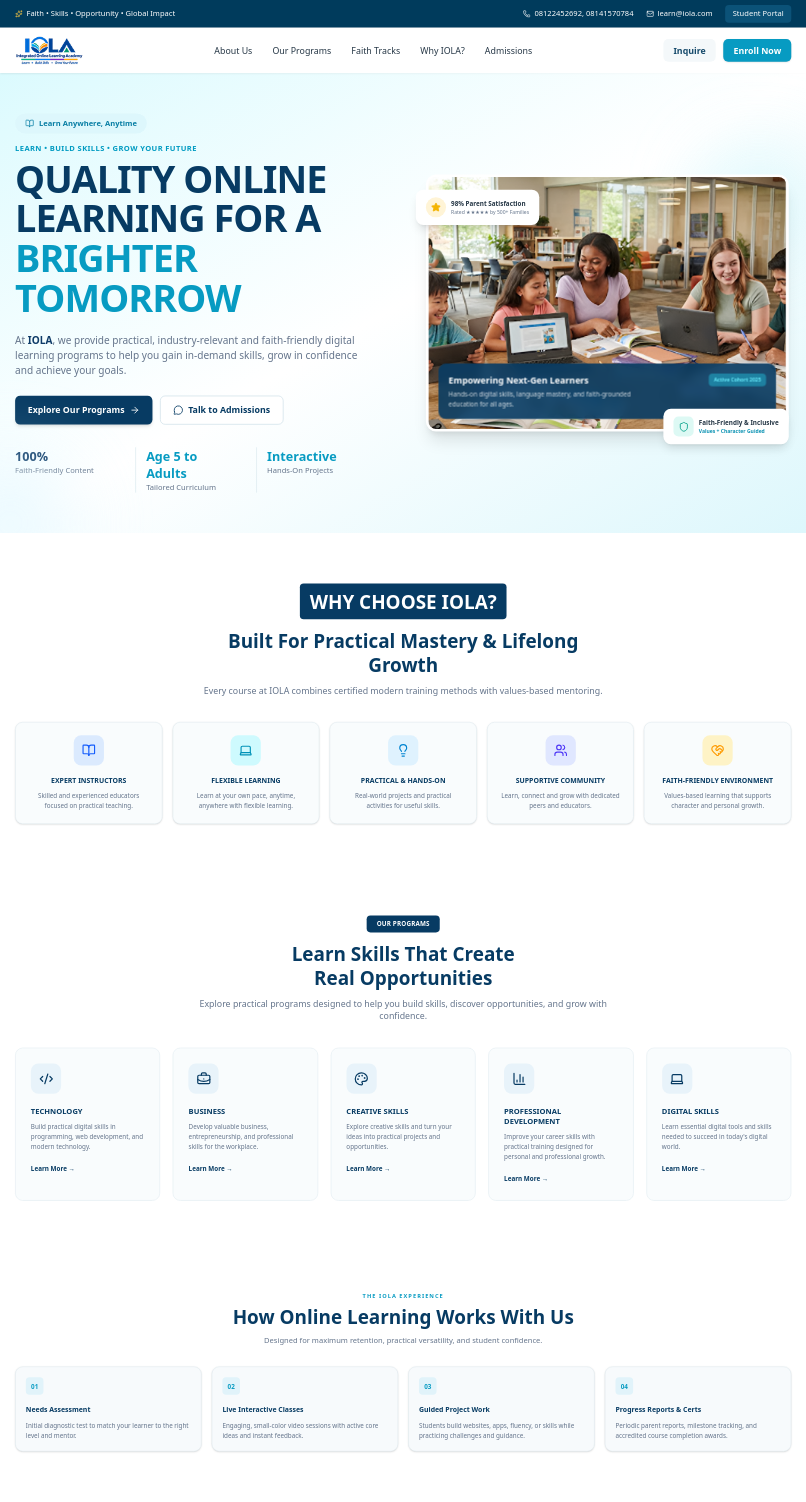
Repository: segunrotini/iola
Page: /about
These files come from the project's save history. The page is drawn as it stood at one moment and after the next save; the edit follows.
The browser window is 1280 px wide. The pictures show the whole page, at 63% of full size.
The project was rebuilt for these pictures with package versions that can differ from the ones it lists, and the page was loaded fresh each time. Also part of the build but not shown: vite.config.ts.

Above is the page before, as saved 2026-10-02 12:41:39.

After the next save:
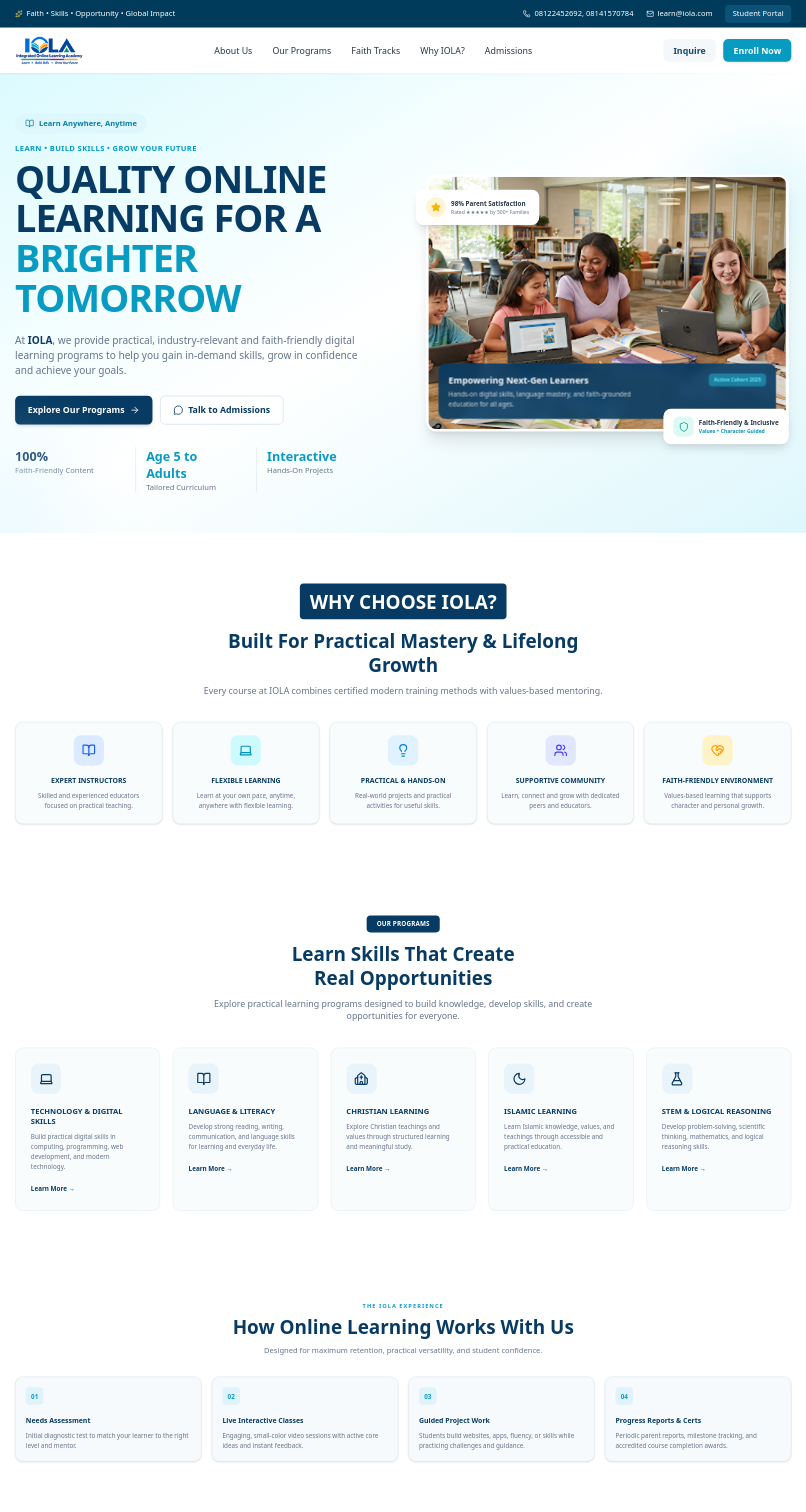
Saved 4 min 38 s later.
--- a/src/components/home/Programs.tsx
+++ b/src/components/home/Programs.tsx
@@ -1,42 +1,42 @@
 
 import {
-  Code2,
-  BriefcaseBusiness,
-  Palette,
-  BarChart3,
   Laptop,
+  BookOpen,
+  Church,
+  Moon,
+  FlaskConical,
 } from "lucide-react";
 
 const programs = [
   {
-    icon: Code2,
-    title: "TECHNOLOGY",
+    icon: Laptop,
+    title: "TECHNOLOGY & DIGITAL SKILLS",
     description:
-      "Build practical digital skills in programming, web development, and modern technology.",
+      "Build practical digital skills in computing, programming, web development, and modern technology.",
   },
   {
-    icon: BriefcaseBusiness,
-    title: "BUSINESS",
+    icon: BookOpen,
+    title: "LANGUAGE & LITERACY",
     description:
-      "Develop valuable business, entrepreneurship, and professional skills for the workplace.",
+      "Develop strong reading, writing, communication, and language skills for learning and everyday life.",
   },
   {
-    icon: Palette,
-    title: "CREATIVE SKILLS",
+    icon: Church,
+    title: "CHRISTIAN LEARNING",
     description:
-      "Explore creative skills and turn your ideas into practical projects and opportunities.",
+      "Explore Christian teachings and values through structured learning and meaningful study.",
   },
   {
-    icon: BarChart3,
-    title: "PROFESSIONAL DEVELOPMENT",
+    icon: Moon,
+    title: "ISLAMIC LEARNING",
     description:
-      "Improve your career skills with practical training designed for personal and professional growth.",
+      "Learn Islamic knowledge, values, and teachings through accessible and practical education.",
   },
   {
-    icon: Laptop,
-    title: "DIGITAL SKILLS",
+    icon: FlaskConical,
+    title: "STEM & LOGICAL REASONING",
     description:
-      "Learn essential digital tools and skills needed to succeed in today's digital world.",
+      "Develop problem-solving, scientific thinking, mathematics, and logical reasoning skills.",
   },
 ];
 
@@ -56,8 +56,8 @@
           </h2>
 
           <p className="mt-3 text-xs leading-5 text-[#64748B] sm:text-sm">
-            Explore practical programs designed to help you build skills,
-            discover opportunities, and grow with confidence.
+            Explore practical learning programs designed to build knowledge,
+            develop skills, and create opportunities for everyone.
           </p>
         </div>
 
